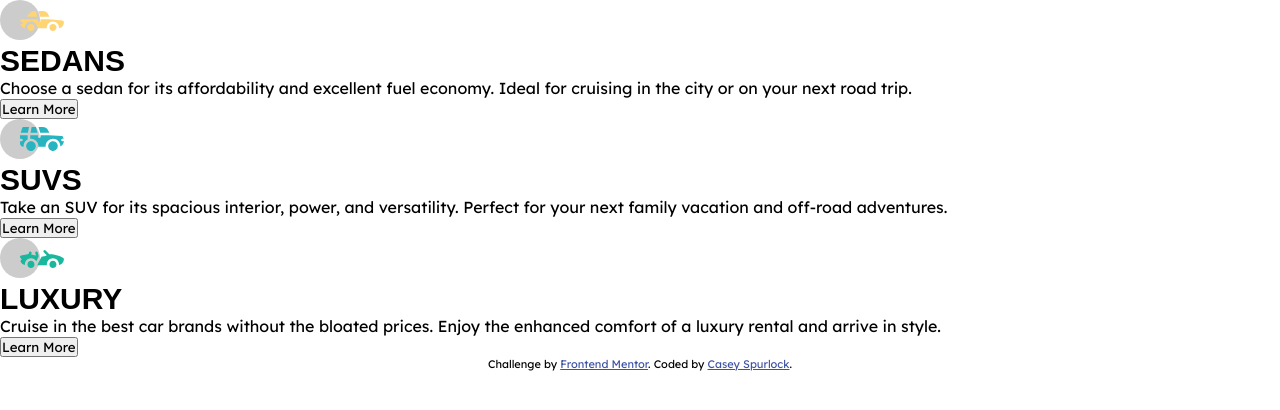
Repository: CaseySpurlock/3-column-preview-card-component-main
Page: index.html
The author's editor kept a copy of each file at every save. The page is drawn from the files as they stood at one save, then again after the next save.
The browser window is 1280 px wide. The pictures show the whole page.

Above is the page before, as saved 2021-06-23 10:24:42.

After the next save:
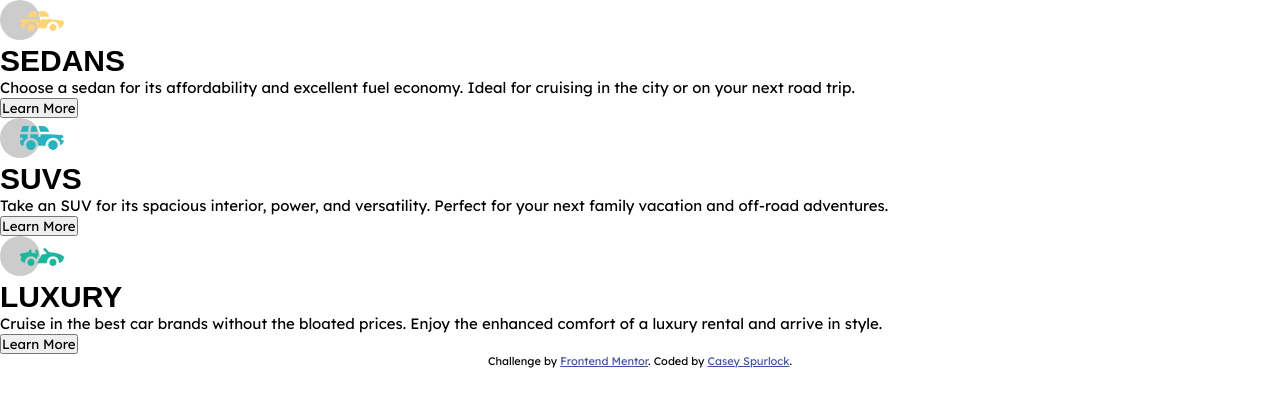
Saved 47 s later.
--- a/style.css
+++ b/style.css
@@ -14,6 +14,10 @@
     font-size: 30px;
 }
 
+p {
+    font-size: 15px;
+}
+
 
 .attribution {
     font-size: 11px;
